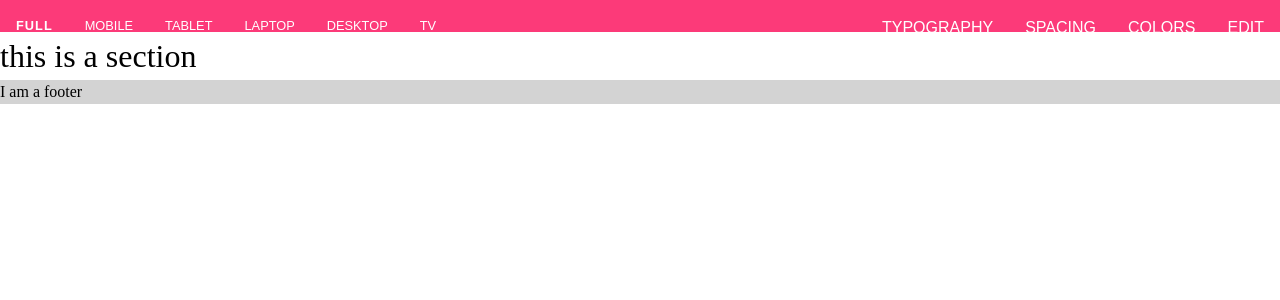
Repository: Terrycoco/coco-playground
Page: /
The author's editor kept a copy of each file at every save. The page is drawn from the files as they stood at one save, then again after the next save.
The browser window is 1280 px wide. The pictures show the whole page.
The project was rebuilt for these pictures with package versions that can differ from the ones it lists, and the page was loaded fresh each time. The framework's server and built-in components were replaced by stand-ins that run in the browser. Also part of the build but not shown: next.config.js, src/components/layout/FakeHeader.js.

Above is the page before, as saved 2023-03-20 11:35:31.

After the next save:
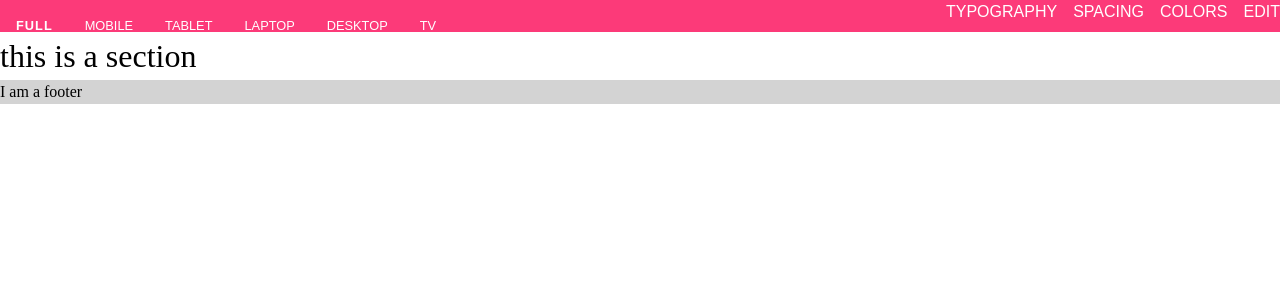
Saved 25 s later.
--- a/src/components/menus/MainMenu.js
+++ b/src/components/menus/MainMenu.js
@@ -25,7 +25,7 @@ function MainMenu() {
       fontFamily: "Arial, Helvetica",
       fontSize: "1em",
       textTransform: "uppercase",
-      padding: "1em",
+      paddingLeft: "1em",
     },
   };
 
